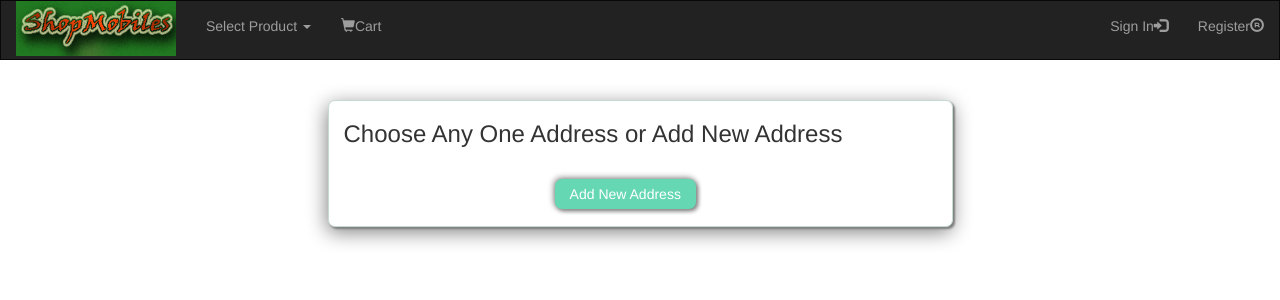
Repository: KoustabhBiswas/Final-Ecommerce-Project
Page: http://localhost/ecommerce1/WEB-INF/views/address.jsp
These files come from the project's save history. The page is drawn as it stood at one moment and after the next save; the edit follows.
The browser window is 1280 px wide. The pictures show the whole page.
Some web libraries are served in a nearby version. The page is served by Tomcat 9. Nobody is signed in. Other server files are loaded and not shown. The template is opened directly, without the code that normally fills it, so the values that code supplies are empty.

Above is the page before, as saved 2017-09-23 13:12:58.

### Final Ecommerce Project/Ecommerce_Project-master/project/ecommerce1/src/main/webapp/WEB-INF/views/address.jsp
<%@ page language="java" contentType="text/html; charset=ISO-8859-1"
	pageEncoding="ISO-8859-1" isELIgnored="false"%>
<%@ taglib uri="http://java.sun.com/jsp/jstl/core" prefix="c"%>
<%@ taglib uri="http://www.springframework.org/tags/form" prefix="form" %>
<!DOCTYPE html PUBLIC "-//W3C//DTD HTML 4.01 Transitional//EN" "http://www.w3.org/TR/html4/loose.dtd">
<html>
<head>
<meta http-equiv="Content-Type" content="text/html; charset=ISO-8859-1">
<title>Insert title here</title>
<link rel="stylesheet"
	href="https://cdnjs.cloudflare.com/ajax/libs/font-awesome/4.7.0/css/font-awesome.min.css">

<link rel="stylesheet"
	href="https://maxcdn.bootstrapcdn.com/bootstrap/3.3.7/css/bootstrap.min.css">
<script src="https://ajax.googleapis.com/ajax/libs/jquery/3.2.1/jquery.min.js">
<script
	 src="https://maxcdn.bootstrapcdn.com/bootstrap/3.3.7/js/bootstrap.min.js"></script>
</head>
<script type="text/javascript">
	$(document).ready(function(){
		$("#click").click(function(){
			$("#form").toggle(1000);
		});

	});
</script>
<style>
a {
	text-decoration: none;
}

a:hover {
	text-decoration: none;
}

.button {
	margin-left: 35%;
	margin-bottom: 4%;
	background-color: #65D7B3;
}
 .newAddr{
	background-color:#65D7B3;
	color:white;
	padding: 5px 15px 5px 15px;
	border-radius:7px;
	box-shadow:2px 2px 4px grey, -1px -1px 6px grey;
	border-style:none;
	margin-bottom: 4%;
	margin-left:8%;
}
.newAddr:hover{
	box-shadow:1px 1px 2px grey, 2px 2px 4px grey;
}
</style>
<body>
	<div class="container-fluid">
		<%@ include file="shared/navbar.jsp"%>

		<h2 style="color: red;">${addrList}</h2>
		<div class="col-md-6"
			style="margin-left: 25%; background-color: white; height: auto; border: 1px solid #c7dbd1; border-radius: 7px; box-shadow: 2px 2px 2px grey, -1px 5px 20px grey">
			<table class="table" style="border: 0px solid; margin-top: 2%;">
				<thead>

				<h3>Choose Any One Address or Add New Address</h3>
				</thead>
				<c:forEach items="${addrList1}" var="i">
					<tbody>
						<tr>
							<td style="border-top: 0px; border-bottom: 0px;"><a
								href="${pageContext.request.contextPath}/user/placeOrder/${i.id}"
								style="margin-left: 4%; color: black;"><p
										style="height: auto;">${i.shippingAddress}</p></a></td>
						</tr>
					</tbody>

				</c:forEach>
			</table>
			<div style="margin-left:30%;">
			<div id="form" style="display:none;">
				<form:form action="${pageContext.request.contextPath}/user/addAddress" method="post" modelAttribute="address" class="form-horizontal">
					<form:input path="shippingAddress" type="text" style="width : 200px;" class="form-control"/>
					<input type="submit" value="Add" class="newAddr" style="margin-left: 15%; margin-top: 2%;">
				</form:form>

			</div>

				<button id="click" class="newAddr">Add New Address</button>
				</div>
		</div>
	</div>
</body>
</html>

### Final Ecommerce Project/Ecommerce_Project-master/project/ecommerce1/src/main/webapp/WEB-INF/views/shared/navbar.jsp
<%@ page language="java" contentType="text/html; charset=ISO-8859-1"
	pageEncoding="ISO-8859-1" isELIgnored="false"%>
<%@ taglib uri="http://www.springframework.org/security/tags"
	prefix="sec"%>
<%@ taglib uri="http://java.sun.com/jsp/jstl/core" prefix="c"%>

<%@ page
	import="java.security.*, java.util.* , javax.servlet.http.HttpServletRequest"%>

<style>
nav {
	background-color: #1b6d85;
}
#dropdown{
	width:140px;
	background-color: #F8F8F8;
	z-index: 1;
	list-style:none;
	margin-top: -8%;
	margin-left:12%;
	 color:black;
}
</style>

<div class="row" style="border-bottom-style: none;">
	<nav class="navbar navbar-inverse"
		style="background-color:; border-radius: 0px; color: white; height: 60px">
		<div class="container-fluid">
			<div class="navbar-header">
				<a class="navbar-brand" href="${pageContext.request.contextPath}"
					style="height: 59px"><img
					src="<c:url value="/resources/images/final.jpg" />" height=55px
					width=160px style="margin-top: -9.5%"></a>
			</div>
			<ul class="nav navbar-nav">

				<li class="dropdown"><a class="dropdown-toggle"
					data-toggle="dropdown" href="#">Select Product <span
						class="caret"></span></a>
					<ul class="dropdown-menu">
						<li><a href="${pageContext.request.contextPath}/samsung">Samsung</a></li>
						<li><a href="${pageContext.request.contextPath}/nokia">Nokia</a></li>
						<li><a href="#">HTC</a></li>
					</ul></li>

				<li><a href="/ecommerce1/user/view/cart"><span
						class="glyphicon glyphicon-shopping-cart"></span>Cart</a></li>

			</ul>
			<ul class="nav navbar-nav navbar-right">
				<sec:authorize access="hasAuthority('Admin')">
					<li class="dropdown"><a class="dropdown-toggle"
						data-toggle="dropdown" href="#">Admin <span class="caret"></span></a>
						<ul class="dropdown-menu">
							<li><a href="admin/product">Product</a></li>
							<li><a href="admin/supplier">Supplier</a></li>

						</ul></li>
				</sec:authorize>
				<sec:authorize access="isAnonymous()">
					<li><a href="login">Sign In<span
							class="glyphicon glyphicon-log-in"></span></a></li>
				</sec:authorize>
				<sec:authorize access="isAuthenticated()">
					<li id="dropdownbtn"><a href="/ecommerce1/logout"> <%
 	Principal principal = request.getUserPrincipal();
 		if (principal != null) {
 			principal.getName();
 			out.println(principal.getName());
 		}
 %>
					</a><ul id="dropdown">
						<li style="margin-left:-23%;">Order List</li>

					</ul></li>
				</sec:authorize>
				<li><a href="registerpage">Register<span
						class="glyphicon glyphicon-registration-mark"></span></a></li>
			</ul>
		</div>
	</nav>
</div>

After the next save:
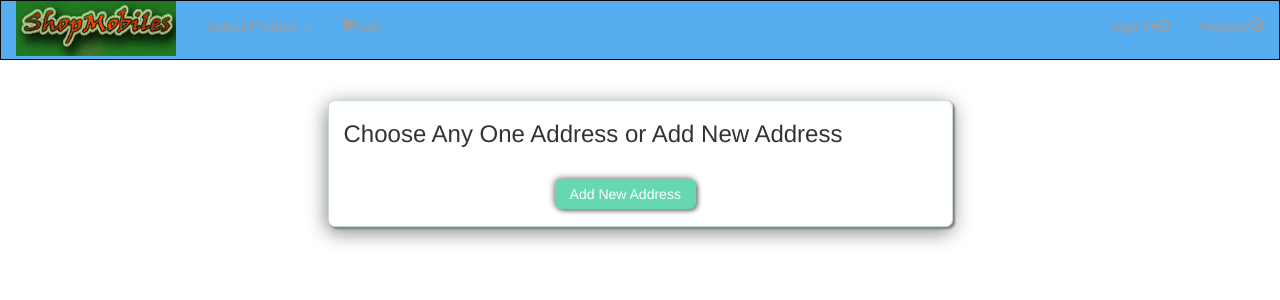
Saved 30 s later.
--- a/Final Ecommerce Project/Ecommerce_Project-master/project/ecommerce1/src/main/webapp/WEB-INF/views/shared/navbar.jsp
+++ b/Final Ecommerce Project/Ecommerce_Project-master/project/ecommerce1/src/main/webapp/WEB-INF/views/shared/navbar.jsp
@@ -24,7 +24,7 @@ nav {
 
 <div class="row" style="border-bottom-style: none;">
 	<nav class="navbar navbar-inverse"
-		style="background-color:; border-radius: 0px; color: white; height: 60px">
+		style="background-color:#55ACEE; border-radius: 0px; color: white; height: 60px">
 		<div class="container-fluid">
 			<div class="navbar-header">
 				<a class="navbar-brand" href="${pageContext.request.contextPath}"
